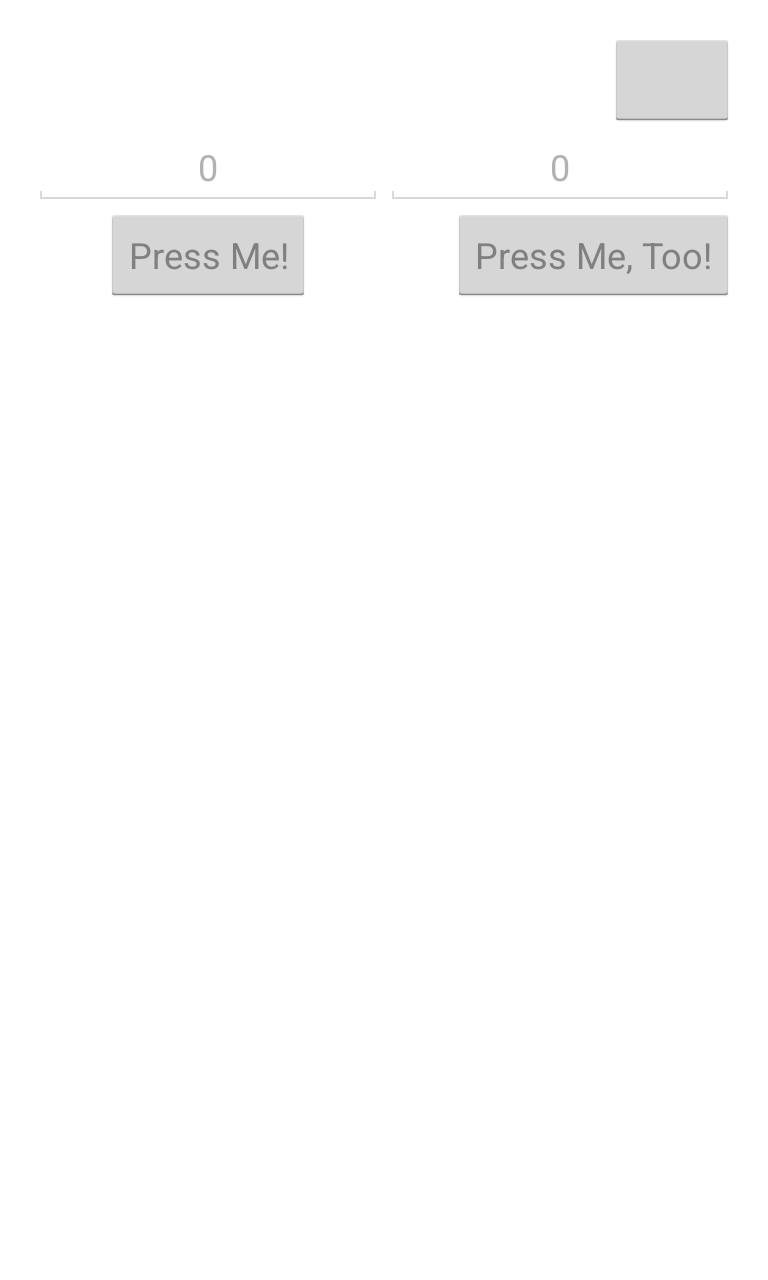
Repository: radupoenaru1992/Model
Layout: PracticalTest01/res/layout/activity_practical_test01_main.xml
The author's editor kept a copy of each file at every save. The layout is drawn from the files as they stood at one save, then again after the next save.
It is drawn on a 768 x 1280 px phone screen (xhdpi) without system bars, with theme AppTheme; the app's code is not run.

Above is the layout before, as saved 2015-03-29 21:12:23.

### PracticalTest01/res/layout/activity_practical_test01_main.xml
<LinearLayout xmlns:android="http://schemas.android.com/apk/res/android"
    xmlns:tools="http://schemas.android.com/tools"
    android:layout_width="match_parent"
    android:layout_height="match_parent"
    android:paddingBottom="@dimen/activity_vertical_margin"
    android:paddingLeft="@dimen/activity_horizontal_margin"
    android:paddingRight="@dimen/activity_horizontal_margin"
    android:paddingTop="@dimen/activity_vertical_margin"
    tools:context=".PracticalTest01MainActivity"
    android:orientation="vertical">

    <Button
        android:layout_width="wrap_content"
        android:layout_height="wrap_content"
        android:gravity="right"
        android:layout_gravity="right"
        />"

    <LinearLayout
        android:layout_width="match_parent"
    	android:layout_height="wrap_content"
    	android:id="@+id/llaySt"
        >

        <EditText
           android:layout_width="0dp"
           android:layout_height="wrap_content"
           android:id="@+id/etSt"
           android:text="0"
           android:gravity="center"
           android:layout_weight="1"
           android:enabled="false"
           />

        <EditText
           android:layout_width="0dp"
           android:layout_height="wrap_content"
           android:id="@+id/etDr"
           android:text="0"
           android:gravity="center"
           android:layout_weight="1"
           android:enabled="false"
           />

    </LinearLayout>

    <LinearLayout
        android:layout_width="match_parent"
    	android:layout_height="wrap_content"
    	android:id="@+id/llayDr"

        >

        <ScrollView
            android:layout_width="0dp"
            android:layout_height="wrap_content"
            android:layout_weight="1"
            >

            <Button
            android:layout_width="wrap_content"
            android:layout_height="wrap_content"
            android:id="@+id/bSt"
            android:hint="Press Me!"
            android:layout_gravity="center"
            />

        </ScrollView>


        <ScrollView
            android:layout_width="0dp"
            android:layout_height="wrap_content"
            android:layout_weight="1"
            >

     		<Button
         		android:layout_width="wrap_content"
         		android:layout_height="wrap_content"
         		android:id="@+id/bDr"
         		android:hint="Press Me, Too!"
         		android:layout_gravity="center|right"
     		/>
     	</ScrollView>
    </LinearLayout>

</LinearLayout>

Loaded but not shown: PracticalTest01/res/values/styles.xml (common file); PracticalTest01/res/values-v11/styles.xml (common file); PracticalTest01/res/values-v14/styles.xml (common file); PracticalTest01/res/values/dimens.xml (common file)

After the next save:
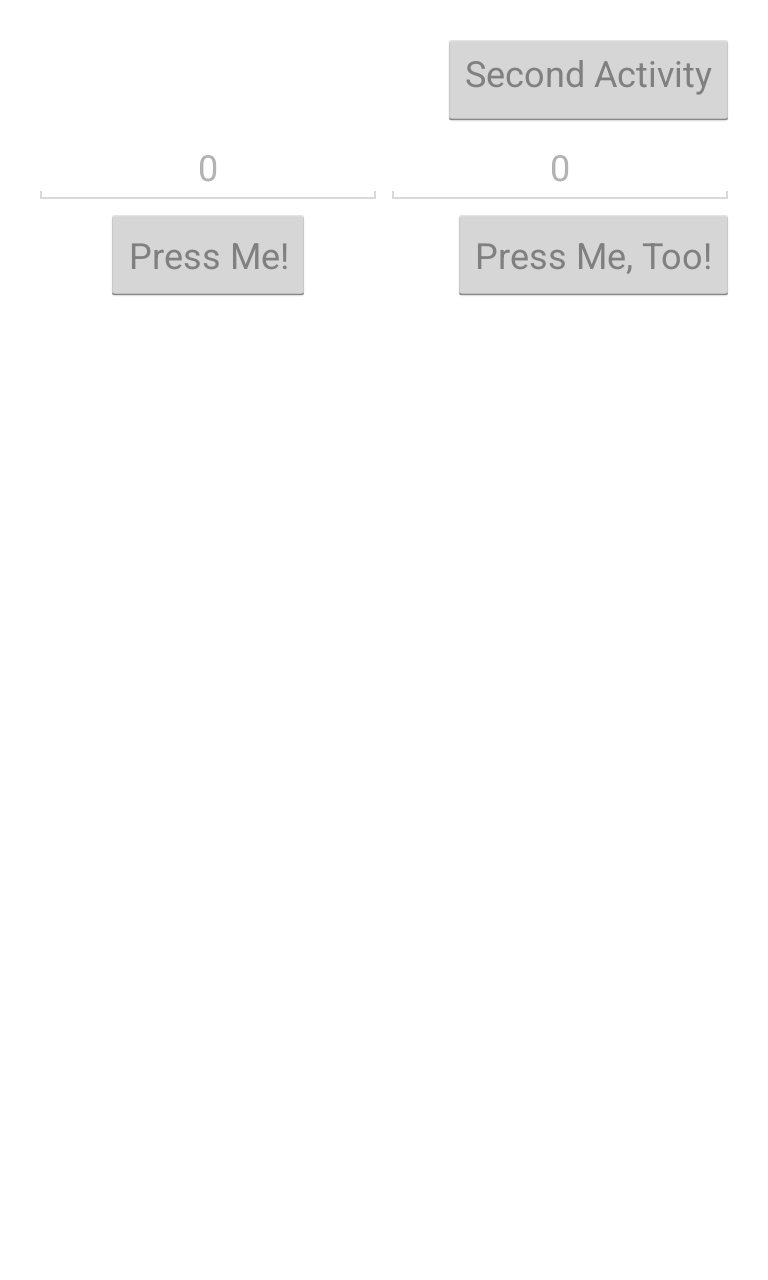
Saved 25 s later.
--- a/PracticalTest01/res/layout/activity_practical_test01_main.xml
+++ b/PracticalTest01/res/layout/activity_practical_test01_main.xml
@@ -14,6 +14,7 @@
         android:layout_height="wrap_content"
         android:gravity="right"
         android:layout_gravity="right"
+        android:hint="Second Activity"
         />"
 
     <LinearLayout
